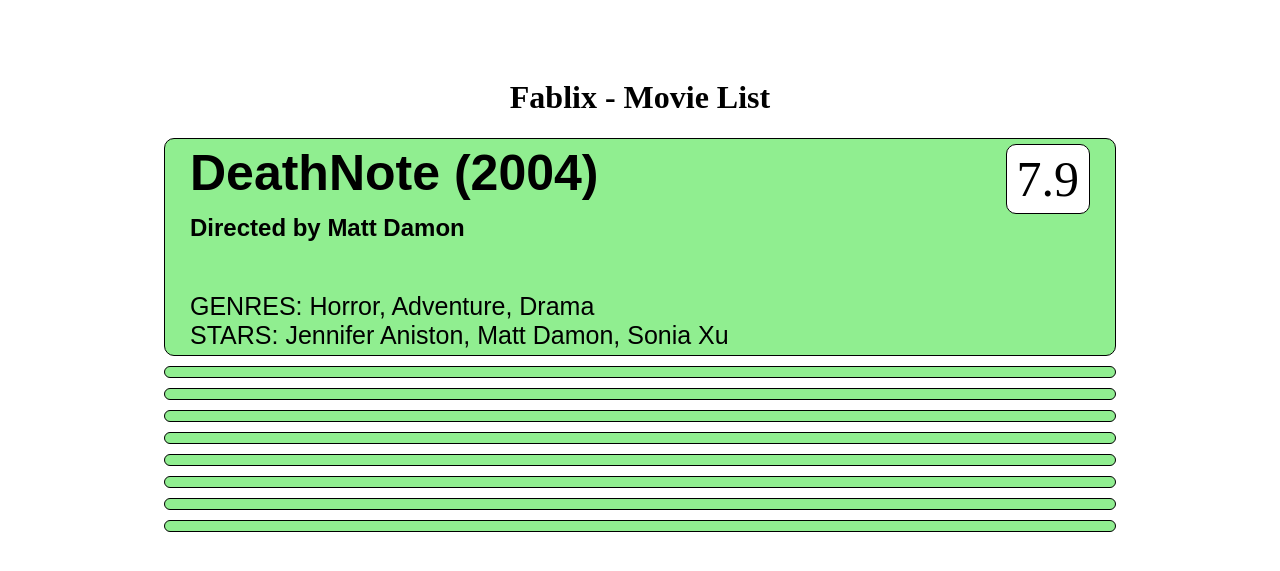
Repository: csumphan/fablix
Page: http://localhost/Project1/
The author's editor kept a copy of each file at every save. The page is drawn from the files as they stood at one save, then again after the next save.
The browser window is 1280 px wide. The pictures show the whole page.
Some web fonts or font styles are not loaded; a fallback is used. The page is served by Tomcat 9. Nobody is signed in. The application's start-up code is not run.

Above is the page before, as saved 2018-01-23 00:23:08.

After the next save:
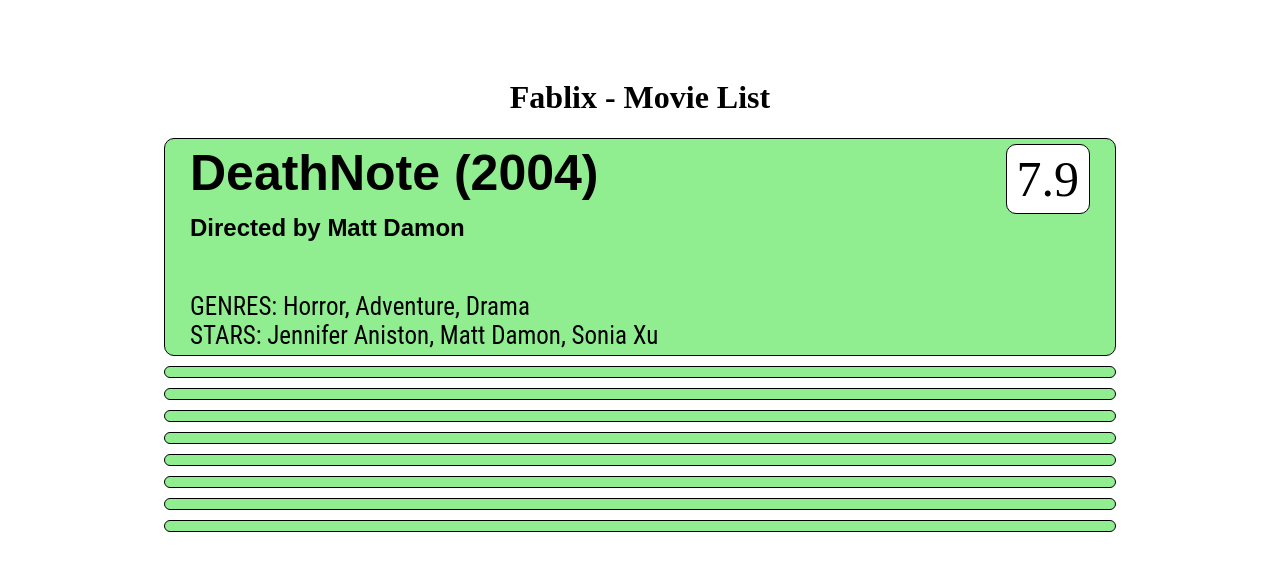
Saved 7 s later.
--- a/Project1/WebContent/styles.css
+++ b/Project1/WebContent/styles.css
@@ -40,7 +40,7 @@
 }
 
 .info-container {
-	font-family: 'Merriweather', sans-serif;
+	font-family: 'Roboto Condensed', sans-serif;
 	font-size: 25px;
 	margin-top: 50px;
 	display: flex;
